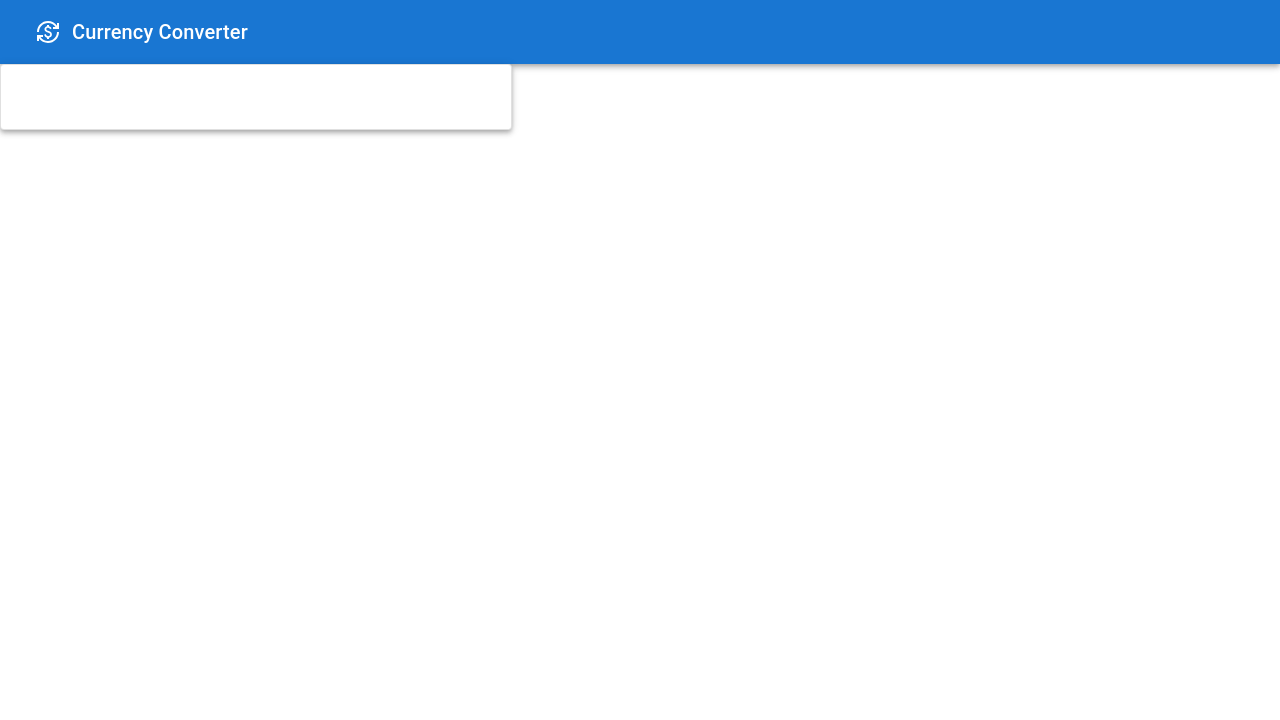
Repository: rutsguifd/currency-converter
Page: /
An editor plug-in stored every save of this project. The page is shown before and after a run of saves, followed by the edit.
The browser window is 1280 px wide. The pictures show the whole page.
The project was rebuilt for these pictures with package versions that can differ from the ones it lists, and the page was loaded fresh each time. Also part of the build but not shown: src/components/ErrorBoundary.jsx.

Above is the page before, as saved 2023-03-27 23:40:48.

After the next 2 saves:
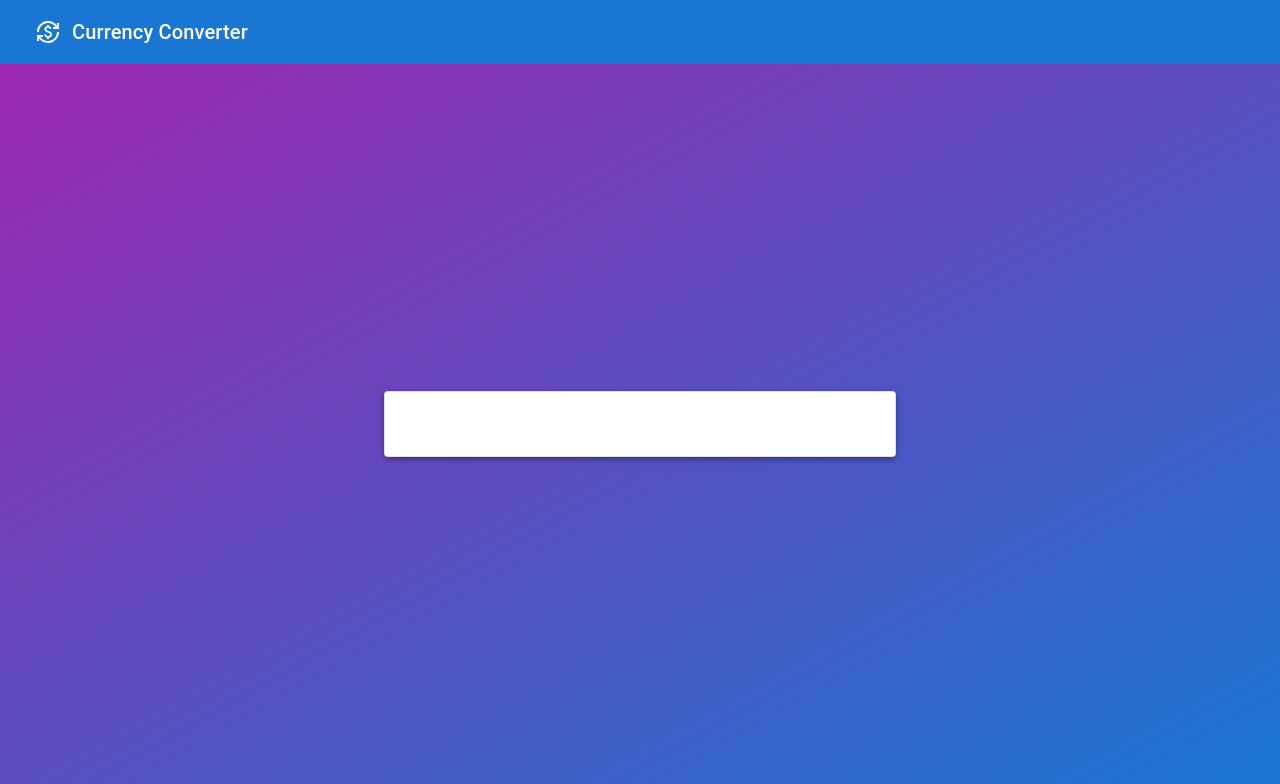
The 2 saves are shown as one change because they came seconds apart.
The last was saved 26 s later.
--- a/src/pages/HomePage.jsx
+++ b/src/pages/HomePage.jsx
@@ -1,11 +1,11 @@
 import React from "react";
-import Convert from "../components/Convert";
+import ConvertContainer from "../components/ConvertContainer";
 import MainLayout from "../layout/MainLayout";
 
 const HomePage = () => {
   return (
     <MainLayout>
-      <Convert />
+      <ConvertContainer />
     </MainLayout>
   );
 };
